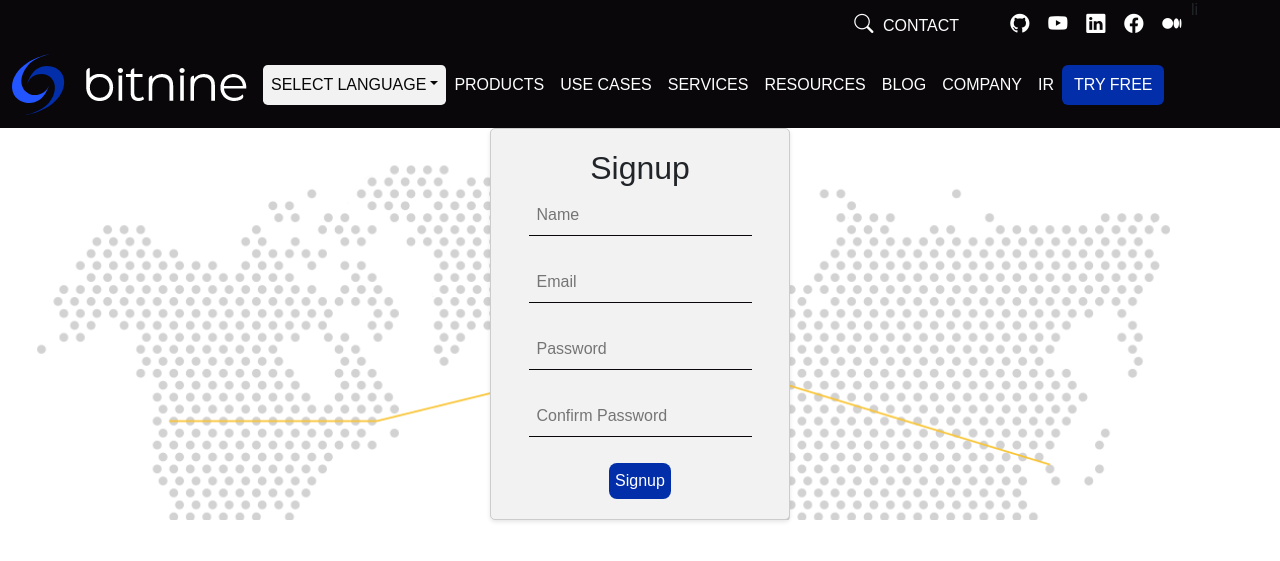
Repository: devblackie/signinpage
Page: /
The author's editor kept a copy of each file at every save. The page is drawn from the files as they stood at one save, then again after a run of saves.
The browser window is 1280 px wide. The pictures show the whole page.
Some web fonts or font styles are not loaded; a fallback is used. The project was rebuilt for these pictures with package versions that can differ from the ones it lists, and the page was loaded fresh each time. Also part of the build but not shown: vite.config.js, src/components/Login.jsx, src/components/Dashboard.jsx, src/components/Home.jsx, src/components/ProtectedDashboard.jsx.

Above is the page before, as saved 2023-08-28 17:50:12.

### index.html
<!doctype html>
<html lang="en">
  <head>
    <meta charset="UTF-8" />
    <link rel="preconnect" href="https://fonts.googleapis.com">
<link rel="preconnect" href="https://fonts.gstatic.com" crossorigin>
<link href="https://fonts.googleapis.com/css2?family=Monda:wght@400;700&display=swap" rel="stylesheet">
    <link rel="stylesheet" href="https://cdn.jsdelivr.net/npm/bootstrap-icons@1.10.5/font/bootstrap-icons.css">
    <link href="https://cdn.jsdelivr.net/npm/bootstrap@5.3.1/dist/css/bootstrap.min.css" rel="stylesheet" integrity="sha384-4bw+/aepP/YC94hEpVNVgiZdgIC5+VKNBQNGCHeKRQN+PtmoHDEXuppvnDJzQIu9" crossorigin="anonymous">
    <meta name="viewport" content="width=device-width, initial-scale=1.0" />
    <title>Bitnine Login</title>
  </head>
  <body>
    <div id="root"></div>
    <script type="module" src="/src/main.jsx"></script>
    <script src="https://cdn.jsdelivr.net/npm/bootstrap@5.3.1/dist/js/bootstrap.bundle.min.js" integrity="sha384-HwwvtgBNo3bZJJLYd8oVXjrBZt8cqVSpeBNS5n7C8IVInixGAoxmnlMuBnhbgrkm" crossorigin="anonymous"></script>
  </body>
</html>

### src/main.jsx
import React from "react";
import ReactDOM from "react-dom";
import App from "./App";
import { UserProvider } from "./components/UserContext";

ReactDOM.render(
  <UserProvider>
    <App />
  </UserProvider>,
  document.getElementById("root")
);

### src/App.jsx
import React, { useState } from "react";
import { BrowserRouter as Router, Route, Routes } from "react-router-dom";
import Signup from "./components/Signup";
import Login from "./components/Login";
import Dashboard from "./components/Dashboard";
import Home from "./components/Home";
import ProtectedDashboard from "./components/ProtectedDashboard";
import "./App.css";

const App = () => {
  const [isAuthenticated, setIsAuthenticated] = useState(false);

  const handleLogin = () => {
    setIsAuthenticated(true);
  };

  return (
    <Router>
      <Routes>
        <Route
          path="/"
          element={
            <div>
              <Signup handleLogin={handleLogin} />
              {/* <Login handleLogin={handleLogin} /> */}
            </div>
          }
        />
        <Route
          path="/dashboard"
          // element={<ProtectedDashboard isAuthenticated={isAuthenticated} />}
          element={<Dashboard />}
        />
        <Route
          path="/home"
          // element={<ProtectedDashboard isAuthenticated={isAuthenticated} />}
          element={<Home />}
        />
      </Routes>
    </Router>
  );
};

export default App;

### src/components/UserContext.jsx
import React, { createContext, useContext, useState } from "react";

const UserContext = createContext();

export function UserProvider({ children }) {
  const [userName, setUserName] = useState("");

  return (
    <UserContext.Provider value={{ userName, setUserName }}>
      {children}
    </UserContext.Provider>
  );
}

export function useUser() {
  return useContext(UserContext);
}

### src/components/Signup.jsx
import React, { useState } from "react";
import "./signup.css";
import { useUser } from "./UserContext";
import { useNavigate } from "react-router-dom";
import Header from "./Header";

const Signup = ({ handleLogin }) => {
  // States for registration
  const [email, setEmail] = useState("");
  const [name, setName] = useState("");
  const [password, setPassword] = useState("");
  const [cpassword, setCPassword] = useState("");
  const [formErrors, setFormErrors] = useState({});
  const navigate = useNavigate();
  const { setUserName } = useUser(); // Ret

  // State for tracking submission status
  const [submissionStatus, setSubmissionStatus] = useState("none"); // Possible values: "none", "success", "error"

  // Handling input changes
  const handleInputChange = (e) => {
    const { name, value } = e.target;
    if (name === "name") setName(value);
    if (name === "email") setEmail(value);
    if (name === "password") setPassword(value);
    if (name === "cpassword") setCPassword(value);
    setSubmissionStatus("none");
  };

  const handleSignform = (e) => {
    e.preventDefault();
    const errors = validateForm();
    if (Object.keys(errors).length === 0) {
      setSubmissionStatus("success");
      setUserName(name); // Set the userName in the context
    } else {
      setFormErrors(errors);
      setSubmissionStatus("error");
    }
  };

  // Form validations
  const validateForm = () => {
    const errors = {};
    const regex = /^[^\s+@]+@[^\s@]+\.[^\s@]{2,}$/i;

    if (!name) errors.name = "Name is required";
    if (!email) errors.email = "Email is required";
    else if (!regex.test(email))
      errors.email = "This is not a valid email format!";

    if (!password) errors.password = "Password is required";
    else if (password.length < 4)
      errors.password = "Password must be more than 4 characters";
    else if (password.length > 10)
      errors.password = "Password cannot exceed more than 10 characters";

    if (!cpassword) errors.cpassword = "Confirm Password is required";
    else if (cpassword !== password)
      errors.cpassword = "Confirm password and password should be the same";
    return errors;
  };

  return (
    <>
      <Header userName={name} />
      <div className="form-container">
        {submissionStatus === "success" ? (
          <div className="success">
            <h1>User {name} successfully registered!!</h1>
            <a onClick={() => navigate("/home")}>
              Click to continue to the main site
            </a>
          </div>
        ) : (
          <form onSubmit={handleSignform}>
            <h2>Signup</h2>
            <input
              type="text"
              name="name"
              placeholder="Name"
              value={name}
              onChange={handleInputChange}
            />
            <p className="error">{formErrors.name}</p>
            <input
              type="email"
              name="email"
              placeholder="Email"
              value={email}
              onChange={handleInputChange}
            />
            <p className="error">{formErrors.email}</p>
            <input
              type="password"
              name="password"
              placeholder="Password"
              value={password}
              onChange={handleInputChange}
            />
            <p className="error">{formErrors.password}</p>
            <input
              type="password"
              placeholder="Confirm Password"
              value={cpassword}
              name="cpassword"
              onChange={handleInputChange}
            />
            <p className="error">{formErrors.cpassword}</p>
            <button className-="bton" type="submit">
              Signup
            </button>
          </form>
        )}
      </div>
    </>
  );
};

export default Signup;

### src/App.css
#root {
  max-width: 1280px;
  margin: 0 auto;
  padding: 2rem;
  text-align: center;
}
.btn1{background-color:#022ea9;
  color:#fff;
  outline:none;
  border:none;}
  .btn1:hover{
    color:orange;
    background-color:#022ea9;
  }


@media (prefers-reduced-motion: no-preference) {
  a:nth-of-type(2) .logo {
    animation: logo-spin infinite 20s linear;
  }
}

.card {
  padding: 2em;
}

.read-the-docs {
  color: #888;
}

### src/components/signup.css
form .error {
  color: red;
  font-size: 12px;
}
.form-container {
  background-image: url("../assets/map2.png");
  background-size: cover;
  background-repeat: no-repeat;
  font-family: "Monda", sans-serif;
  margin-top: 6em;
}
form {
  background-color: #f2f2f2;
  max-width: 300px;
  margin: 0 auto;
  padding: 20px;
  border: 1px solid #ccc;
  border-radius: 5px;
  box-shadow: 0 2px 4px rgba(0, 0, 0, 0.1);
}
form input {
  margin-bottom: 10px;
  padding: 8px;
  border: none;
  border-bottom: 1px solid #09070a;
  /* border-radius: 3px; */
  background-color: transparent;
}
input:focus,
input:focus-visible {
  outline: none;
  background-color: inherit;
}
form button {
  background-color: #022ea9;
  color: #fff;
  outline: none;
  border: none;
  border-radius: 8px;
  padding: 6px;
}
button:hover {
  color: orange;
  background-color: #022ea9;
}

### src/components/Header.jsx
import React from "react";
import "./style/navbar.css";
import {useUser} from "./UserContext"   //Path to UserContext file
import Logo from "../assets/bitnine-logo_.png";

export default function Header() {
  const {userName}= useUser()        //Retrieve userName from the context
  return (
    <>
      <div className="fixed-top header">
        <header class="topbar">
          <div class="container">
            <div class="row">
              {/* <!-- social icon--> */}
              <div class="col-sm-12">
                <ul class="social-network">
                  <div className="hovver">
                    <li>
                      <a class="waves-effect waves-dark" id="hovver" href="#">
                        <i class="bi bi-search"></i>
                      </a>
                    </li>
                    <li>
                      <a
                        class="waves-effect waves-dark tact"
                        id="hovver"
                        href="#"
                      >
                        contact
                      </a>
                    </li>
                  </div>
                  <div className="soc">
                    <li id="git">
                      <a class="waves-effect waves-dark" href="#">
                        <i class="bi bi-github"></i>
                      </a>
                    </li>
                    <li id="youtube">
                      <a class="waves-effect waves-dark" href="#">
                        <i class="bi bi-youtube"></i>
                      </a>
                    </li>
                    <li id="in">
                      <a class="waves-effect waves-dark" href="#">
                        <i class="bi bi-linkedin"></i>
                      </a>
                    </li>
                    <li id="fb">
                      <a class="waves-effect waves-dark" href="#">
                        <i class="bi bi-facebook"></i>
                      </a>
                    </li>
                    <li id="medium">
                      <a class="waves-effect waves-dark" href="#">
                        <i class="bi bi-medium"></i>
                      </a>
                    </li>
                  </div>
                  <div className="username">
                    li
                  </div>
                </ul>
                <p className="text warning">{userName}</p>
              </div>
            </div>
          </div>
        </header>
        <nav className="navbar navbar-expand-lg">
          <div className="container-fluid">
            <a className="navbar-brand" href="#">
              <img src={`${Logo}`} alt="logo" />
            </a>

            <div
              className="collapse navbar-collapse"
              id="navbarSupportedContent"
            >
              <ul className="navbar-nav me-auto mb-2 mb-lg-0">
                <li className="nav-item dropdown">
                  <a
                    className="nav-link dropdown-toggle color-tertiary"
                    href="#"
                    role="button"
                    data-bs-toggle="dropdown"
                    aria-expanded="false"
                  >
                    Select Language
                  </a>
                  <ul className="dropdown-menu">
                    <li>
                      <a className="dropdown-item" href="#">
                        English
                      </a>
                    </li>
                    <li>
                      <a className="dropdown-item" href="#">
                        한국
                      </a>
                    </li>
                  </ul>
                </li>
                <li className="nav-item">
                  <a className="nav-link" href="#">
                    products
                  </a>
                </li>
                <li className="nav-item">
                  <a className="nav-link" href="#">
                    use cases
                  </a>
                </li>
                <li className="nav-item">
                  <a className="nav-link" href="#">
                    services
                  </a>
                </li>
                <li className="nav-item">
                  <a className="nav-link" href="#">
                    resources
                  </a>
                </li>
                <li className="nav-item">
                  <a className="nav-link" href="#">
                    blog
                  </a>
                </li>
                <li className="nav-item">
                  <a className="nav-link" href="#">
                    company
                  </a>
                </li>
                <li className="nav-item">
                  <a className="nav-link" href="#">
                    ir
                  </a>
                </li>

                <button class="btn btn-outline-primary" type="submit">
                  TRY FREE
                </button>
              </ul>
            </div>
          </div>
        </nav>
      </div>
    </>
  );
}

### src/components/style/navbar.css
.header {
  background-color: #09070a;
  font-family: "Monda", sans-serif;
}
.nav-item .nav-link {
  color: #fff;
  text-transform: uppercase;
}
.nav-item .nav-link:active,
.nav-item .nav-link:hover {
  color: orange;
}
.dropdown {
  background-color: #f2f2f2;
  border-radius: 0.3rem;
  .nav-link {
    color: #080707;
  }
  .nav-link:hover {
    color: #080707;
  }
}


.topbar .container .row {
  margin-top: -7px;
}

ul.social-network {
  border: none;
  display: flex;
  /* justify-content:flex-end; */
  list-style: none;
  margin: 5px 0 0 -25px;
  float: right;
}
ul.social-network .hovver {
  margin-right: 3rem;
}
ul.social-network .soc {
  margin-left: 2rem;
  margin-right: 0;
}
ul.social-network .soc #git,
#youtube,
#in,
#fb,
#medium {
  position: relative;
}
ul.social-network .soc #git::before {
  content: "";
  position: absolute;
  top: -100%;
  left: 0;
  width: 100%;
  height: 100%;
  background-color: #666666;
  transition: top 0.3s ease; /* Transition effect for sliding */
  z-index: -1;
}
ul.social-network .soc #git:hover::before,
ul.social-network .soc #youtube:hover::before,
ul.social-network .soc #in:hover::before,
ul.social-network .soc #fb:hover::before,
ul.social-network .soc #medium:hover::before {
  top: 0; /* Slide the background from the top */
}

ul.social-network .soc #youtube::before {
  content: "";
  position: absolute;
  top: -100%;
  left: 0;
  width: 100%;
  height: 100%;
  background-color: red;
  transition: top 0.3s ease; /* Transition effect for sliding */
  z-index: -1;
}
ul.social-network .soc #in::before {
  content: "";
  position: absolute;
  top: -100%;
  left: 0;
  width: 100%;
  height: 100%;
  background-color: #0a66c2;
  transition: top 0.3s ease; /* Transition effect for sliding */
  z-index: -1;
}
ul.social-network .soc #fb::before {
  content: "";
  position: absolute;
  top: -100%;
  left: 0;
  width: 100%;
  height: 100%;
  background-color: #395498;
  transition: top 0.3s ease; /* Transition effect for sliding */
  z-index: -1;
}
ul.social-network .soc #medium::before {
  content: "";
  position: absolute;
  top: -100%;
  left: 0;
  width: 100%;
  height: 100%;
  background-color: #30b570;
  transition: top 0.3s ease; /* Transition effect for sliding */
  z-index: -1;
}

ul.social-network .soc li {
  border: none;
  margin: 0;
}
ul.social-network li a {
  text-decoration: none;
  text-transform: uppercase;
}
ul.social-network li a#hovver:hover {
  color: #666666;
  font-weight: 700;
  font-family: "Monda", sans-serif;
}

ul.social-network li i {
  font-size: 1.2rem;
  margin: 0;
}

ul.social-network li {
  padding: 13px 0 0;
  width: 38px;
  display: inline-block;
  text-align: center;
  height: 40px;
  vertical-align: baseline;
}

.btn {
  background-color: #022ea9;
  color: #fff;
  outline: none;
  border: none;
}
.btn:hover {
  color: orange;
  background-color: #022ea9;
}
.waves-effect {
  color: #fff;
}

After the next 2 saves:
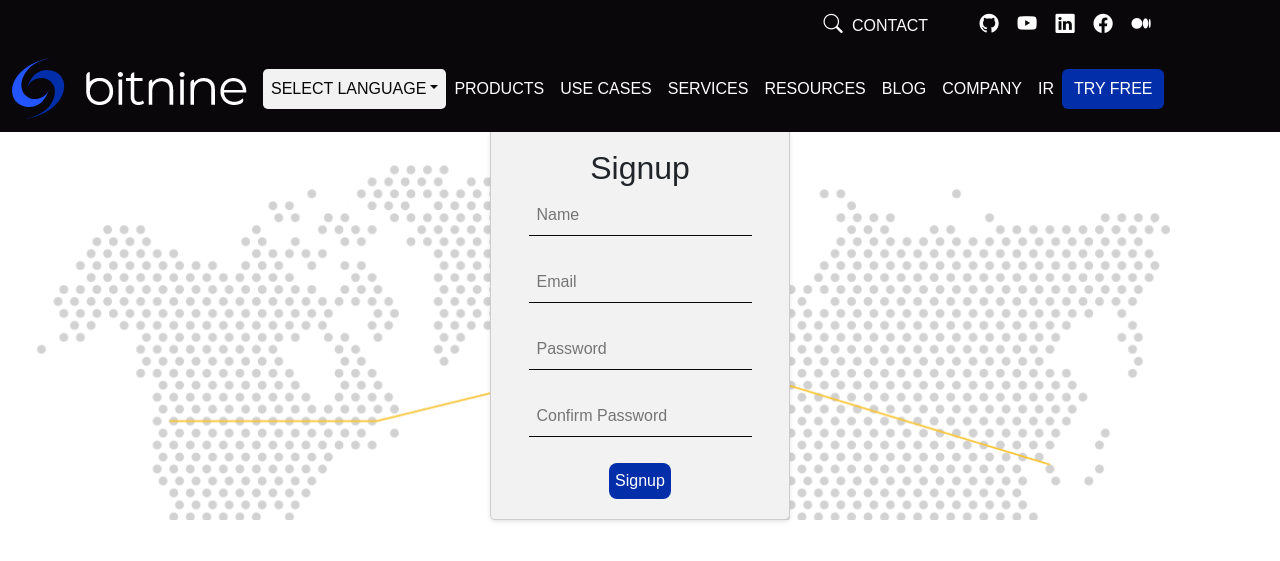
The 2 saves are shown as one change because they came seconds apart.
The last was saved 19 s later.
--- a/src/components/Header.jsx
+++ b/src/components/Header.jsx
@@ -58,7 +58,7 @@
                     </li>
                   </div>
                   <div className="username">
-                    li
+                    <li><a href=""></a></li>
                   </div>
                 </ul>
                 <p className="text warning">{userName}</p>
